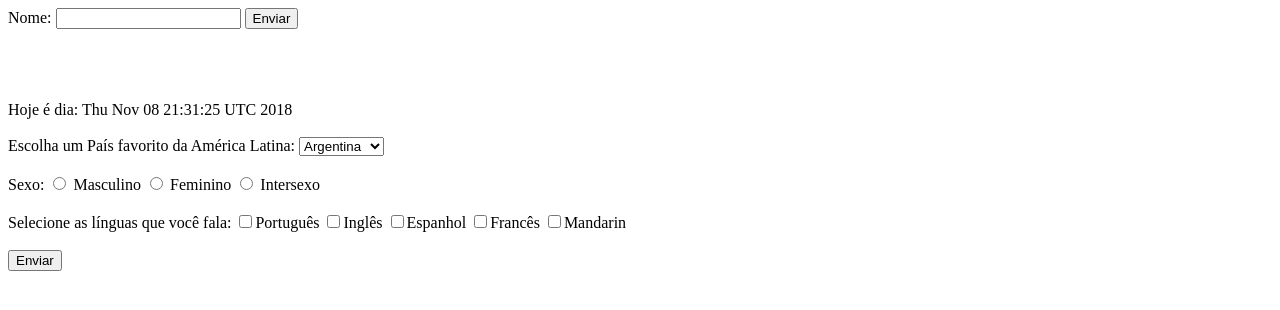
Repository: cassiahh/PWE
Page: http://localhost/Topico1/Formulario.jsp
The author's editor kept a copy of each file at every save. The page is drawn from the files as they stood at one save, then again after the next save.
The browser window is 1280 px wide. The pictures show the whole page.
The page is served by Tomcat 9.

Above is the page before, as saved 2018-11-08 23:39:19.

After the next save:
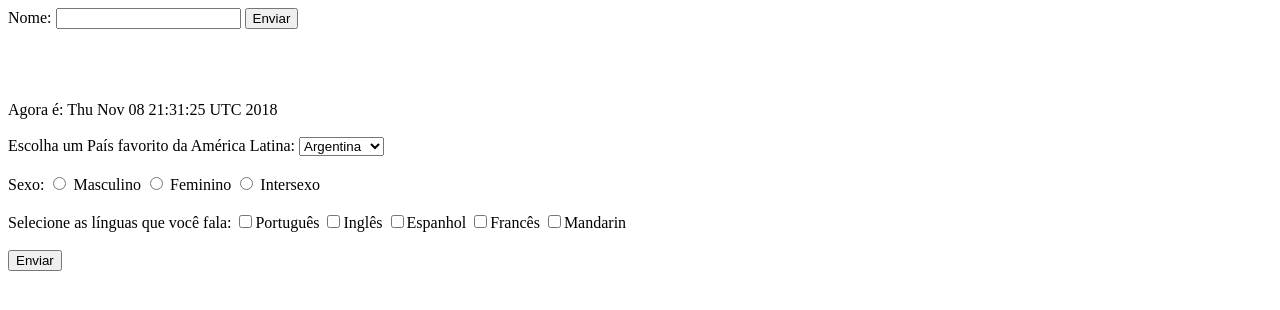
Saved 23 s later.
--- a/Topico1/WebContent/Formulario.jsp
+++ b/Topico1/WebContent/Formulario.jsp
@@ -24,7 +24,7 @@ out.print("Bem vindo(a), "+nome+"!");
 %>
 <br/><br/>
 
-Hoje é dia: <%= new Date() %>
+Agora é: <%= new Date() %>
 <!-- e são <%= new Date() %> //declaration -->
 <br/><br/>
 
